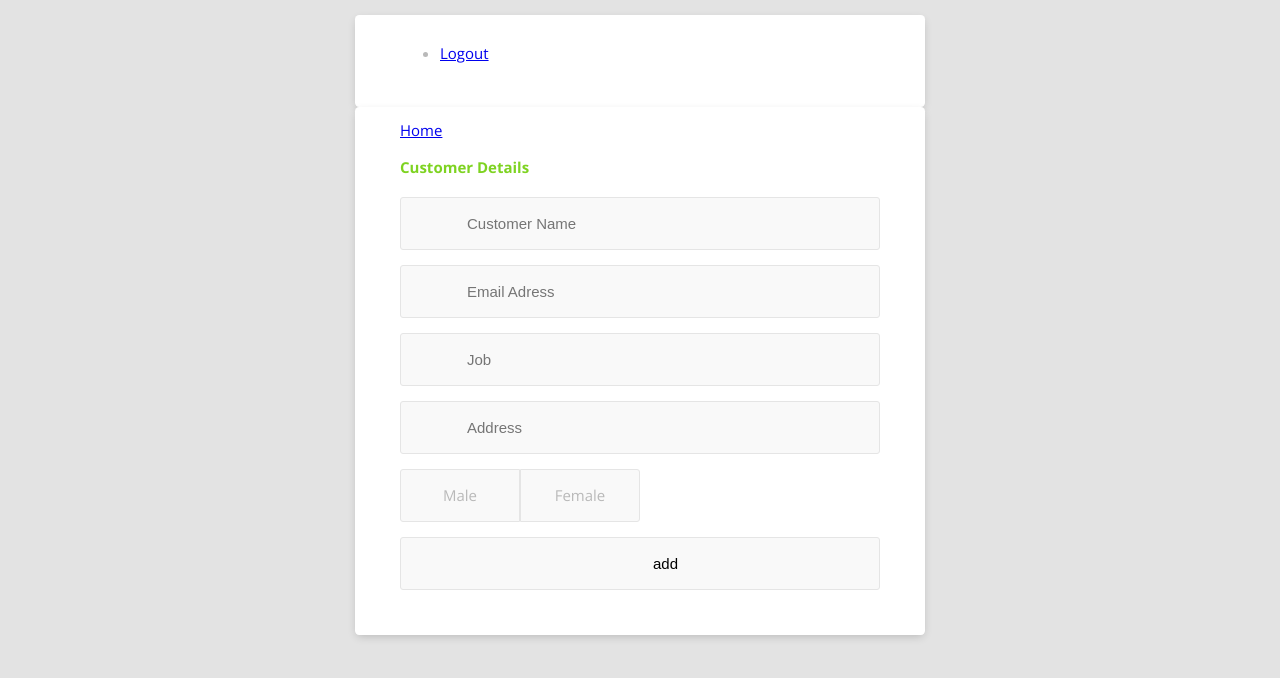
Repository: karthik-H/vms
Page: http://localhost/vms/customer-add.jsp
These files come from the project's save history. The page is drawn as it stood at one moment and after the next save; the edit follows.
The browser window is 1280 px wide. The pictures show the whole page.
The page is served by Tomcat 9.

Above is the page before, as saved 2019-01-26 18:44:13.

After the next save:
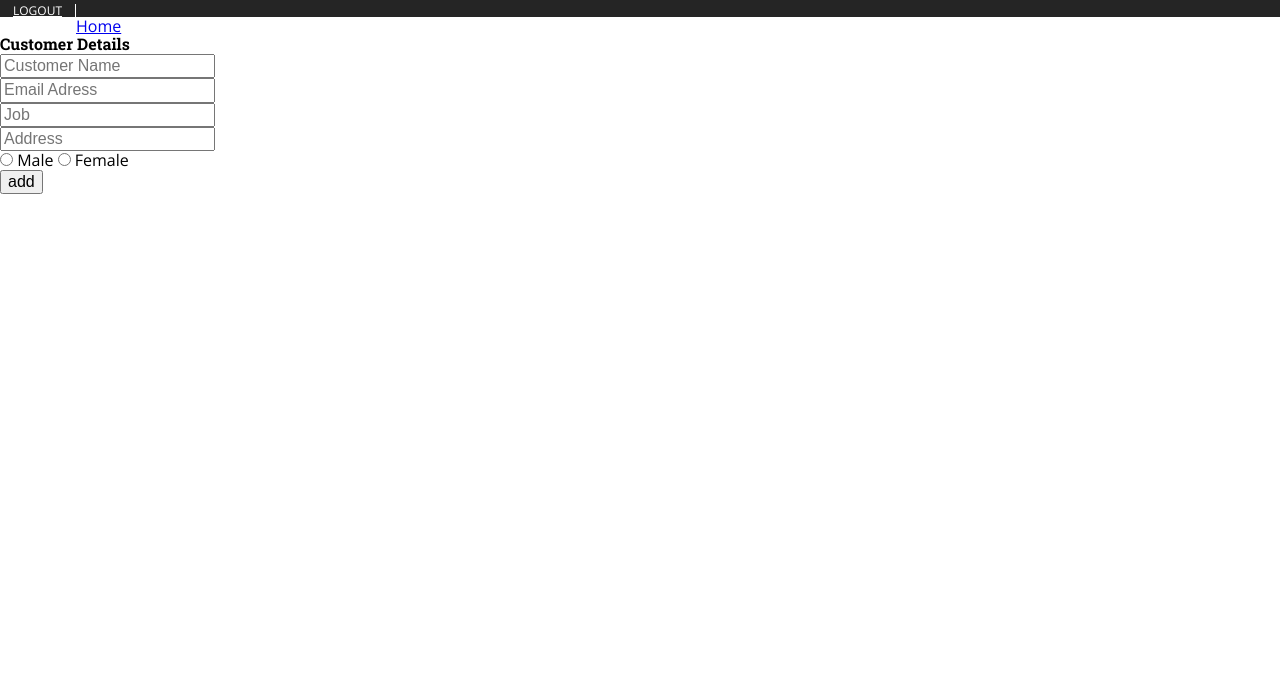
Saved 21 s later.
--- a/Vehicle/vms/src/main/webapp/customer-add.jsp
+++ b/Vehicle/vms/src/main/webapp/customer-add.jsp
@@ -8,7 +8,7 @@
   <title>Customer</title>
   <link rel="stylesheet" href="css/normalize.min.css">
   <link rel='stylesheet prefetch' href='css/font-awesome.min.css'>
-  <link rel="stylesheet" href="css/styles.css">
+  <link rel="stylesheet" href="css/style.css">
   <!--web-fonts-->
  <link href='//fonts.googleapis.com/css?family=Open+Sans:400,300,400italic,300italic,600,700' rel='stylesheet' type='text/css'>
  <link href='//fonts.googleapis.com/css?family=Roboto+Slab:300,400,700' rel='stylesheet' type='text/css'>

After the save that followed:
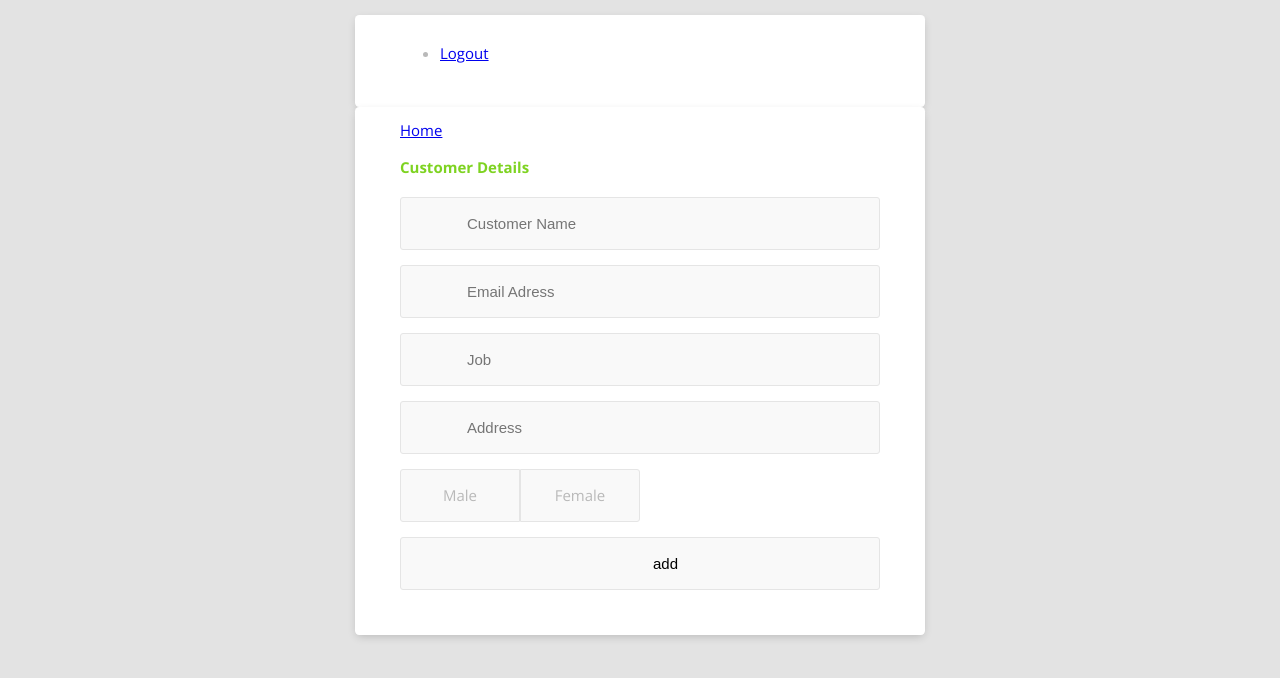
Saved 12 s later.
--- a/Vehicle/vms/src/main/webapp/customer-add.jsp
+++ b/Vehicle/vms/src/main/webapp/customer-add.jsp
@@ -8,7 +8,7 @@
   <title>Customer</title>
   <link rel="stylesheet" href="css/normalize.min.css">
   <link rel='stylesheet prefetch' href='css/font-awesome.min.css'>
-  <link rel="stylesheet" href="css/style.css">
+  <link rel="stylesheet" href="css/styles.css">
   <!--web-fonts-->
  <link href='//fonts.googleapis.com/css?family=Open+Sans:400,300,400italic,300italic,600,700' rel='stylesheet' type='text/css'>
  <link href='//fonts.googleapis.com/css?family=Roboto+Slab:300,400,700' rel='stylesheet' type='text/css'>
